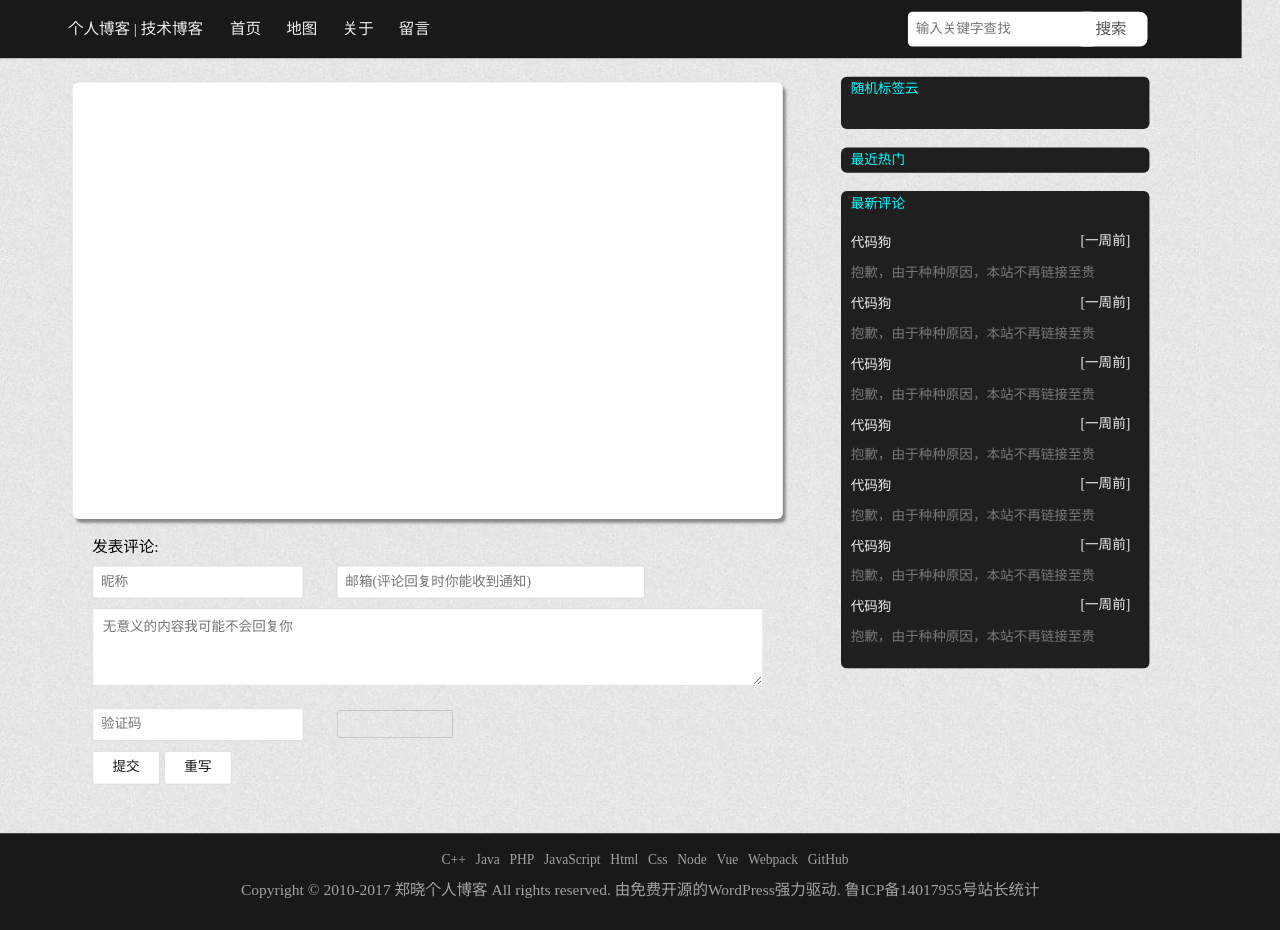
Repository: li1214/my_blog
Page: page/blog.html
An editor plug-in stored every save of this project. The page is shown before and after a run of saves, followed by the edit.
The browser window is 1280 px wide. The page is 1320 px wide, so the pictures cover 1320 px, including what lies to the right of the window. The pictures show the whole page, at 97% of full size.
The page's requests for data from a server got no answer.

Above is the page before, as saved 2019-01-09 10:17:43.

### page/blog.html
<!DOCTYPE html>
<html lang="en">

<head>
    <meta charset="UTF-8" />
    <meta name="viewport" content="width=device-width, initial-scale=1.0" />
    <meta http-equiv="X-UA-Compatible" content="ie=edge" />
    <title>个人博客</title>
    <link href="./css/base.css" rel="stylesheet" type="text/css" />
    <link href="./css/blog.css" rel="stylesheet" type="text/css" />
    <script src='./js/vue.js'></script>
    <script src='./js/axios.min.js'></script>
</head>

<body>
    <header>
        <div class="container">
            <a>个人博客 | 技术博客</a>
            <ul>
                <li><a href="">首页</a></li>
                <li><a href="">地图</a></li>
                <li><a href="">关于</a></li>
                <li><a href="">留言</a></li>
            </ul>
            <div class="search">
                <input type="text" placeholder="输入关键字查找" />
                <button>搜索</button>
            </div>
        </div>
    </header>
    <div class="content">
        <div class="content-left">
            <div class="blog">

            </div>
            <div class='subly'>
                <form action="">
                    <span>发表评论:</span>
                    <div>
                        <input type="text" placeholder="昵称">
                        <input type="email" placeholder="邮箱(评论回复时你能收到通知)" style="width:300px;margin-left: 30px;">
                    </div>
                    <textarea placeholder="无意义的内容我可能不会回复你"></textarea>
                    <div>
                        <input type="text" placeholder="验证码">
                        <img class='codeimg' style='margin-left:30px'>
                    </div>
                    <div>
                        <button class='submit'>提交</button>
                        <button class='reset'>重写</button>
                    </div>
                </form>
            </div>
        </div>
        <div class="content-right" id='random_tags'>
            <div class="right-box">
                <h4 :style='{color:color}'>随机标签云</h4>
                <div class="contents">
                    <a v-for='tag in tags' v-bind:style='{color:randomColor(),fontSize:randomSize()}'>{{tag.tag}}</a>
                </div>
            </div>
            <div class="right-box" style="padding-bottom: 0;">
                <h4 :style='{color:color}'>最近热门</h4>
                {{msg}}
                <div class="contents">
                    <ul class="list-group">
                        <li class="list-group-item" v-for='item in hots' :key='item.id'>
                            <a :href="item.link">{{item.title}}</a>
                        </li>

                    </ul>
                </div>
            </div>
            <div class="right-box">
                <h4 :style='{color:color}'>最新评论</h4>
                <div class="contents">
                    <div class='item' v-for='item in comments'>
                        <div class='item-title'>
                            <span>{{item.name}}</span>
                            <span class='spanr'>[{{item.date}}]</span>
                        </div>
                        <p class='item-comtebt'>
                            {{item.text}}
                        </p>
                    </div>

                </div>
            </div>
        </div>
    </div>
    <footer>
        <ul>
            <li>C++</li>
            <li>Java</li>
            <li>PHP</li>
            <li>JavaScript</li>
            <li>Html</li>
            <li>Css</li>
            <li>Node</li>
            <li>Vue</li>
            <li>Webpack</li>
            <li>GitHub</li>
        </ul>
        <p>Copyright © 2010-2017 郑晓个人博客 All rights reserved. 由免费开源的WordPress强力驱动. 鲁ICP备14017955号站长统计</p>
    </footer>
    <script src='./js/base.js'></script>
</body>

</html>

### page/css/base.css
html {line-height: 1.15; /* 1 */-webkit-text-size-adjust: 100%; /* 2 */}
body {margin: 0;}
@font-face{
    font-family: 'myicon';
    src: url('../font/glyphicons-halflings-regular.woff2')
}
ul{padding: 0}
main {
  display: block;
}
h1 {
  font-size: 2em;
  margin: 0.67em 0;
}
hr {
  box-sizing: content-box; /* 1 */
  height: 0; /* 1 */
  overflow: visible; /* 2 */
}
pre {
  font-family: monospace, monospace; /* 1 */
  font-size: 1em; /* 2 */
}
a {
  background-color: transparent;
}
abbr[title] {
  border-bottom: none; /* 1 */
  text-decoration: underline; /* 2 */
  text-decoration: underline dotted; /* 2 */
}
b,
strong {
  font-weight: bolder;
}
code,
kbd,
samp {
  font-family: monospace, monospace; /* 1 */
  font-size: 1em; /* 2 */
}
small {
  font-size: 80%;
}
sub,
sup {
  font-size: 75%;
  line-height: 0;
  position: relative;
  vertical-align: baseline;
}
sub {
  bottom: -0.25em;
}
sup {
  top: -0.5em;
}
img {
  border-style: none;
}
button,
input,
optgroup,
select,
textarea {
  font-family: inherit; /* 1 */
  font-size: 100%; /* 1 */
  line-height: 1.15; /* 1 */
  margin: 0; /* 2 */
}
button,
input { /* 1 */
  overflow: visible;
}
button,
select { /* 1 */
  text-transform: none;
}
button,
[type="button"],
[type="reset"],
[type="submit"] {
  -webkit-appearance: button;
}
button::-moz-focus-inner,
[type="button"]::-moz-focus-inner,
[type="reset"]::-moz-focus-inner,
[type="submit"]::-moz-focus-inner {
  border-style: none;
  padding: 0;
}
button:-moz-focusring,
[type="button"]:-moz-focusring,
[type="reset"]:-moz-focusring,
[type="submit"]:-moz-focusring {
  outline: 1px dotted ButtonText;
}
fieldset {
  padding: 0.35em 0.75em 0.625em;
}
legend {
  box-sizing: border-box; /* 1 */
  color: inherit; /* 2 */
  display: table; /* 1 */
  max-width: 100%; /* 1 */
  padding: 0; /* 3 */
  white-space: normal; /* 1 */
}
progress {
  vertical-align: baseline;
}
textarea {
  overflow: auto;
}

[type="checkbox"],
[type="radio"] {
  box-sizing: border-box; /* 1 */
  padding: 0; /* 2 */
}
[type="number"]::-webkit-inner-spin-button,
[type="number"]::-webkit-outer-spin-button {
  height: auto;
}

[type="search"] {
  -webkit-appearance: textfield; /* 1 */
  outline-offset: -2px; /* 2 */
}

[type="search"]::-webkit-search-decoration {
  -webkit-appearance: none;
}
::-webkit-file-upload-button {
  -webkit-appearance: button; /* 1 */
  font: inherit; /* 2 */
}
details {
  display: block;
}
summary {
  display: list-item;
}
template {
  display: none;
}
[hidden] {
  display: none;
}
a{text-decoration: none;}
/* ========================================================== css reset ========================================================== */

body {
    width: 100%;
    height: 100%;
    background-image: url(../image/bg.jpg);
    background-repeat: repeat;
    overflow-x: hidden;
}

header{
    width: 100%;
    height: 60px;
    background-color: #191918;
}
header .container {
    width:1170px;
    height: 100%;
    margin: 0 auto;
}
header .container>a{
    display: block;
    float: left;
    color: #eee;
    line-height: 60px;
    margin: 0 15px;
    font-size: 16px;
}
header .container>ul{
    float: left;
    margin: 0;
    padding: 0;
}
header .container>ul>li{
    display: inline-block;
    float: left;
}
header .container>ul>li a{
    color: #eee;
    display: inline-block;
    height: 60px;
    width: 58px;
    line-height: 60px;
    text-align: center;
}
header .container .search{
    float: right;
    height: 100%;
    position: relative;
    right: 117px;
}
header .container .search>input{
    display: inline-block;
    position: absolute;
    height: 26px;
    padding: 5px 8px;
    border-radius: 5px;
    border:none;
    outline: none;
    font-size: 14px;
    margin-top: 12px;
    left: -172px;
}
header .container .search > button{
    outline: none;
    display: inline-block;
    position: absolute;
    width: 75px;
    height: 36px;
    padding: 5px 10px;
    border-radius: 8px;
    margin-top: 12px;
    cursor: pointer;
    color: #555;
    background-color: white;
    border: none;
}
/* ============================================================== header end ===================================================================== */
.content {
    width: 1170px;
    margin: 0 auto;
    position: relative;
    overflow: hidden;
}
.content .content-left{
    float: left;
    width: 66%;
    box-sizing: border-box;
    padding: 0 20px;
}
.content .content-right{
    float: right;
    width: 34%;
    box-sizing: border-box;
}
.right-box{
    background-color: #1f1f1f;
    margin-top: 20px;
    width: 80%;
    margin: 0 auto;
    box-sizing: border-box;
    border-radius: 6px;
    padding-bottom: 10px;
}
.right-box>h4 {
    color: #f4f4f4;
    font-weight: normal;
    padding: 5px 10px;
    font-size: 14px;
}
.right-box .contents{
    color: #eee;
    padding: 0 10px 0px 10px;
}
/* .right-box .contents a::after{
    display: block;
    content: '';
    overflow: hidden;
    clear: both;
    position: absolute;
} */
.right-box .contents>a{
    display: inline-block;
}
.right-box .contents li{
    width: 100%;
    list-style: none;
    white-space:nowrap;
    overflow: hidden;
   text-overflow: ellipsis;
    border-top:1px solid #555;
}
.right-box .contents li a{
    font-size: 14px;
    display: inline-block;
    color: #eee;
    padding: 10px 0;
    transition: color 0.5s;
}
.right-box .contents li a:hover{
  color: #337ab7;
}
.right-box .item .item-title{position: relative;}
.right-box .item .item-title span{display: inline-block;font-size: 14px;font-weight: normal;}
.right-box .item .item-title span.spanr{
    position: absolute;
    right: 10px;
}
.right-box .item > p{color: #777;font-size: 14px;transition: color 0.5s;cursor: pointer;}
.right-box .item > p:hover{color: #337ab7}


/* =====================================================================  footer start ================================================================= */

footer{
    width: 100%;
    height: 60px;
    background: #191919;
    text-align: center;
    padding: 20px;
}
footer ul{
    display: inline-block;
    margin:  0 auto;
    text-align: center;
}
footer ul li{
    display: inline-block;
    color: #a2a2a2;
    float: left;
    font-size: 14px;
    margin-left: 10px;
    cursor: pointer;
    text-align: center;
}
footer p {
    margin-top: 10px;
    color: #a2a2a2;
}
/* ================================================================= 发布留言的样式 ================================================================== */
.subly{
  width: 100%;
  box-sizing: border-box;
  padding: 20px;
  margin-bottom: 20px;
}
.subly input{
  border-radius: 3px;
  padding: 8px 8px;
  outline: none;
  border:1px solid #ddd;
  font-size: 14px;
  width: 200px;;
}
.subly button{
  background-color: #fff;
  color: #191919;
  padding: 8px 20px;
  outline: none;
  border: 1px solid #ddd;
  border-radius: 3px;
  font-size: 14px;
  cursor: pointer;
  transition: color 0.5s;
}
.subly button:hover{background-color: #ddd;}
.subly textarea{
  display: inline-block;
  width: 100%;
  box-sizing: border-box;
  min-height: 80px;
  border:1px solid #ddd;
  padding: 10px;
  font-size: 14px;
}
.subly > form > div{
  margin: 10px 0;
}
.subly .codeimg{
    width: 120px;
    height: 29.5px;
    position: relative;
    top: 10px;
    border-radius: 3px;
}

### page/css/blog.css
.blog{
    background-color: white;
    text-align: left;
    width: 100%;
    border-radius: 6px;
    box-sizing: border-box;
    box-shadow: 3px 4px 3px #888;
    margin-top: 25px;
    min-height: 450px;
}

### page/js/base.js
var randomTags = new Vue({
  el: "#random_tags",
  data() {
    return {
      tags: [],
      hots: [],
      comments: [
        {
          id: 1,
          name: "代码狗",
          text: "抱歉，由于种种原因，本站不再链接至贵",
          date: "一周前"
        },
        {
          id: 2,
          name: "代码狗",
          text: "抱歉，由于种种原因，本站不再链接至贵",
          date: "一周前"
        },
        {
          id: 3,
          name: "代码狗",
          text: "抱歉，由于种种原因，本站不再链接至贵",
          date: "一周前"
        },
        {
          id: 4,
          name: "代码狗",
          text: "抱歉，由于种种原因，本站不再链接至贵",
          date: "一周前"
        },
        {
          id: 5,
          name: "代码狗",
          text: "抱歉，由于种种原因，本站不再链接至贵",
          date: "一周前"
        },
        {
          id: 6,
          name: "代码狗",
          text: "抱歉，由于种种原因，本站不再链接至贵",
          date: "一周前"
        },
        {
          id: 7,
          name: "代码狗",
          text: "抱歉，由于种种原因，本站不再链接至贵",
          date: "一周前"
        }
      ],
      c_a: 0,
      color: "rgb(0,255,255)",
      timer: null
    };
  },
  created() {
    this.getHots();
    this.getTags();
  },
  computed: {
    randomColor() {
      return function() {
        var red = Math.random() * 255 + 50;
        var green = Math.random() * 255 + 50;
        var blue = Math.random() * 255 + 50;
        var a = Math.random();
        return "rgba(" + red + " ," + green + "," + blue + ")";
      };
    },
    randomSize() {
      return function() {
        return Math.random() * 20 + 12 + "px";
      };
    }
  },
  methods: {
    getHots () {
      axios.get("/getHotBlog").then(res => {
        if (res.status == 200) {
          var data = res.data.data;
          for (var i in data) {
            data[i]['link'] = './blog.html?id=' + data[i]['id']
          }
          this.hots = data;
        }
      });
    },
    getTags () {
      axios.get("/selectRandomTag").then(res => {
        if (res.status == 200) {
          this.tags = res.data.data
        }
      });
    },
    changeColor() {
      this.c_a += 10;
      if (this.c_a > 255) {
        this.c_a = 0;
      }
      this.color = `rgba(${this.c_a},255,255)`;
    }
  }
});

Loaded but not shown: page/js/vue.js (library); page/js/axios.min.js (library)

After the next 2 saves:
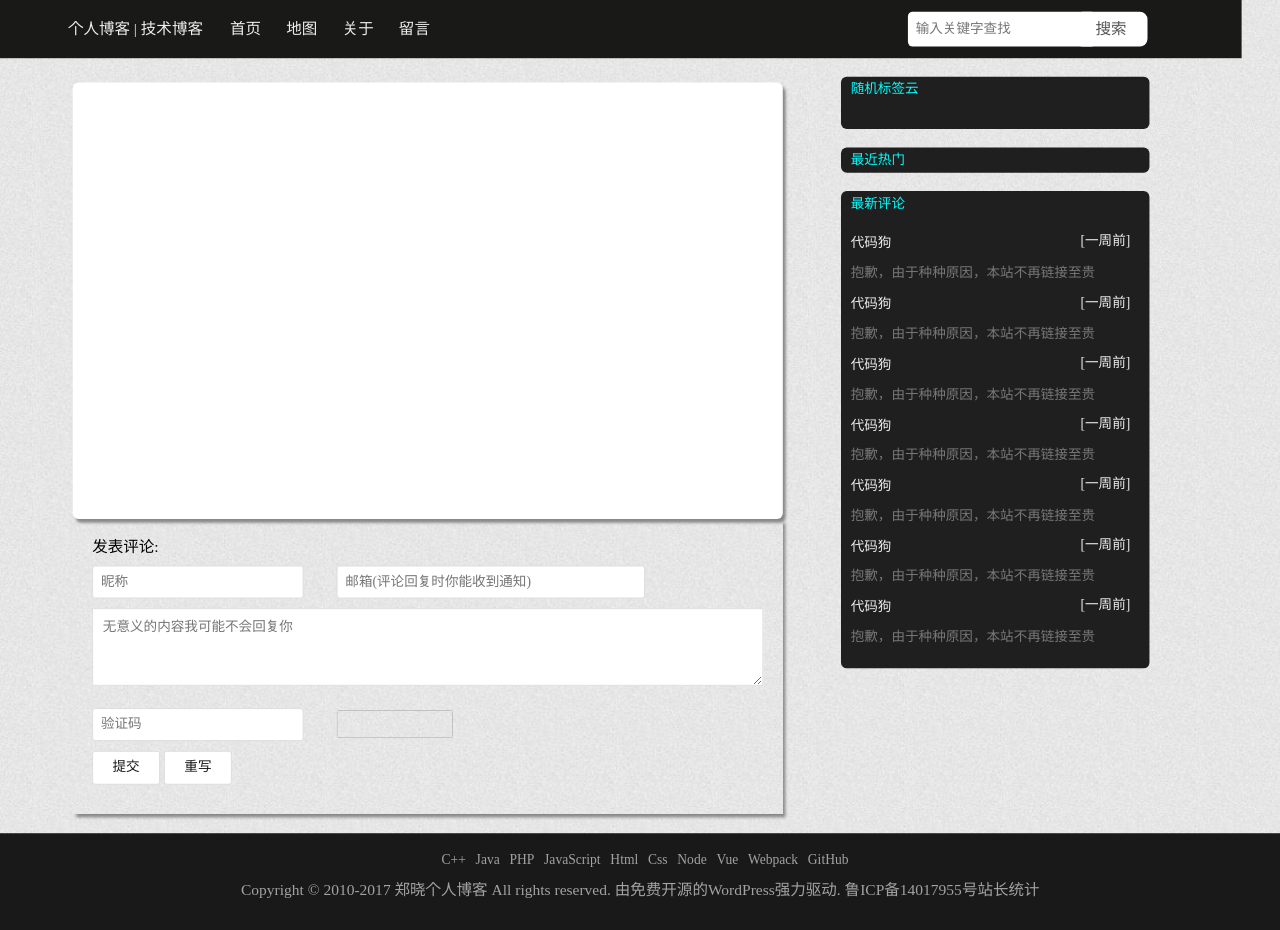
The 2 saves are shown as one change because they came seconds apart.
The last was saved 52 s later.
--- a/page/css/base.css
+++ b/page/css/base.css
@@ -333,6 +333,8 @@ footer p {
   box-sizing: border-box;
   padding: 20px;
   margin-bottom: 20px;
+  box-sizing: border-box;
+  box-shadow: 3px 4px 3px #888;
 }
 .subly input{
   border-radius: 3px;
